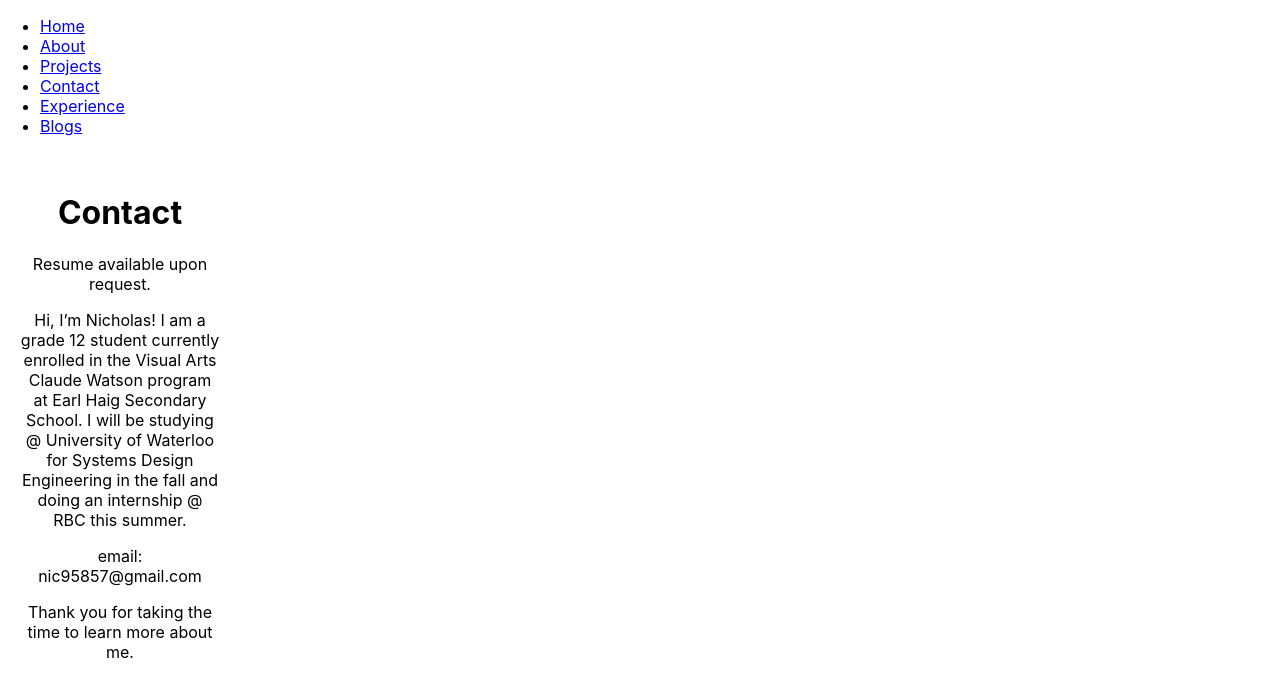
Repository: nicholaschen09/personalWebsite
Page: /contact
An editor plug-in stored every save of this project. The page is shown before and after the next save, followed by the edit.
The browser window is 1280 px wide. The pictures show the whole page.
The project was rebuilt for these pictures with package versions that can differ from the ones it lists, and the page was loaded fresh each time. Also part of the build but not shown: src/components/About.css, src/components/About.js, src/components/Home.css, src/components/Home.js, src/components/Projects.css, src/components/Projects.js, src/components/Experience.css, src/components/Experience.js and 2 more.

Above is the page before, as saved 2024-05-23 00:15:42.

After the next save:
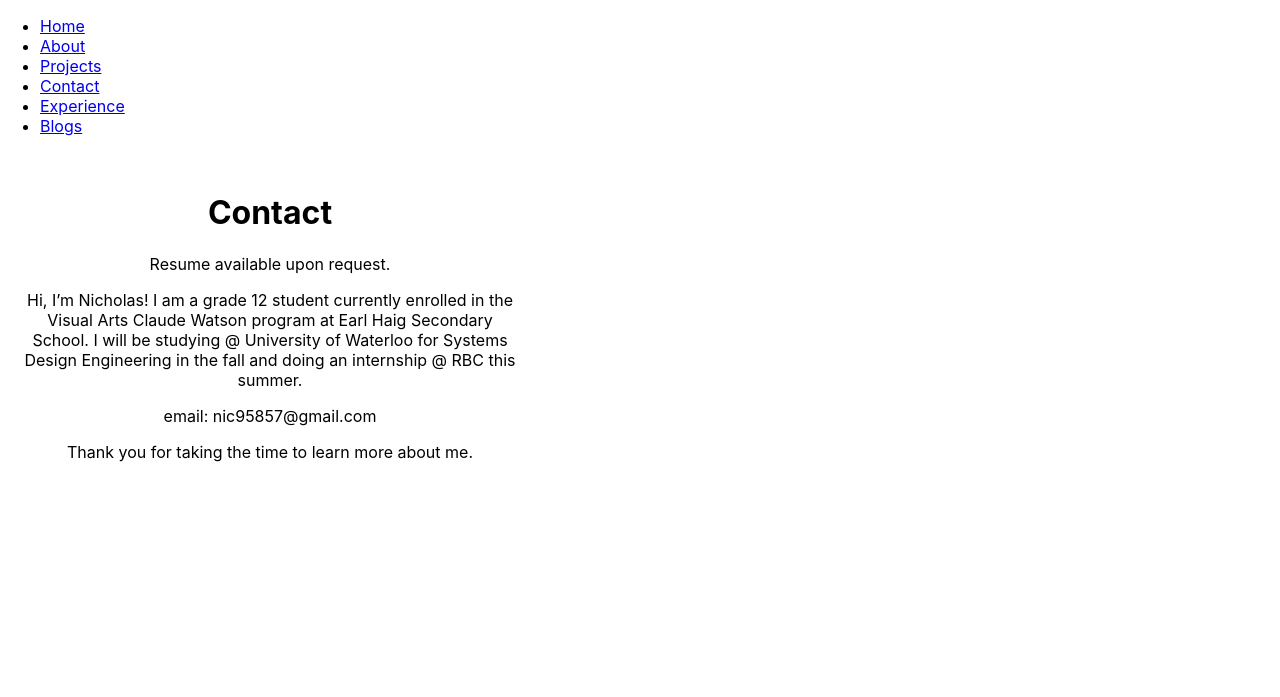
Saved 8 s later.
--- a/src/components/Contact.css
+++ b/src/components/Contact.css
@@ -1,5 +1,5 @@
 .contact {
     text-align: center;
     padding: 20px;
-    width: 200px;
+    width: 500px;
 }
